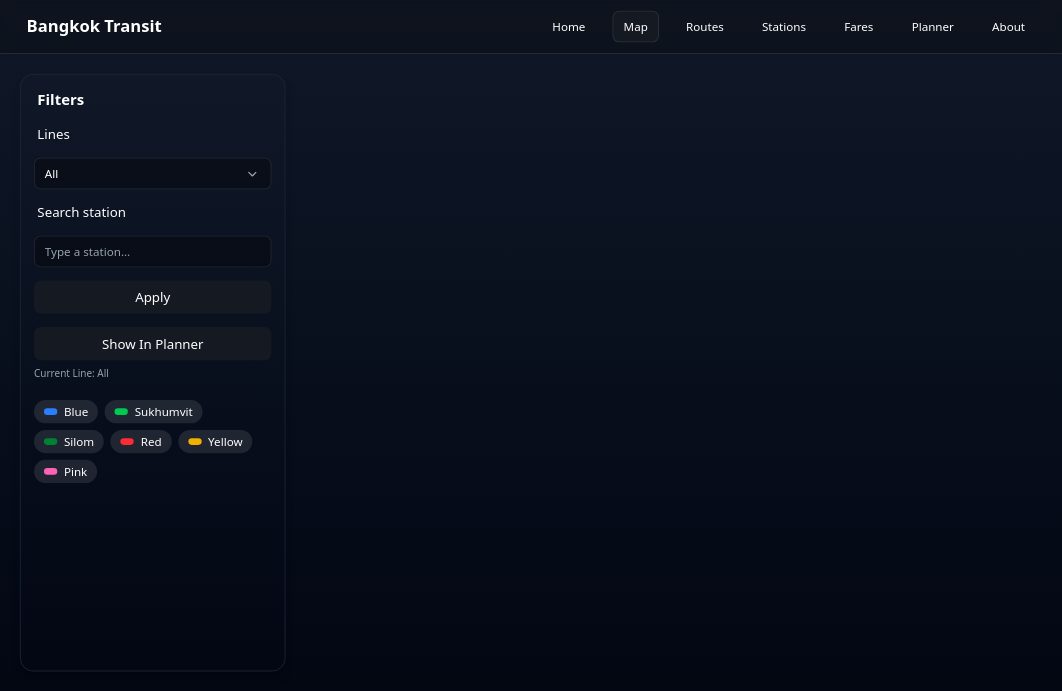
Repository: pyaestk/Bangkok-transit-map
Page: /map
These files come from the project's save history. The page is drawn as it stood at one moment and after the next save; the edit follows.
The browser window is 1280 px wide. The pictures show the whole page, at 83% of full size.
The project was rebuilt for these pictures with package versions that can differ from the ones it lists, and the page was loaded fresh each time. Also part of the build but not shown: vite.config.ts, src/pages/Home.tsx, src/pages/Planner.tsx, src/pages/Stations.tsx, src/pages/TrainRoutes.tsx, src/pages/Fares.tsx, src/pages/About.tsx.

Above is the page before, as saved 2025-10-04 13:40:36.

After the next save:
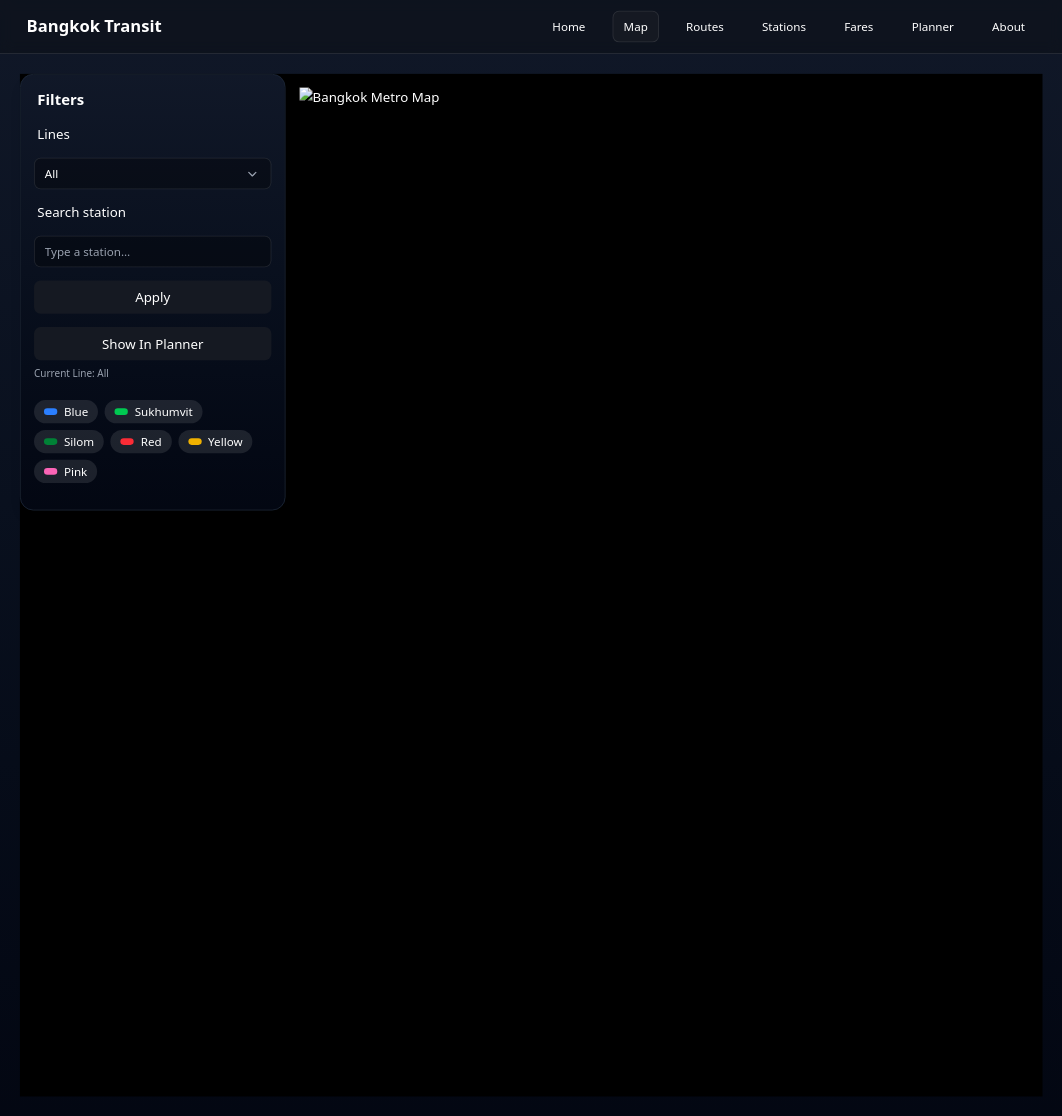
Saved 12 s later.
--- a/src/pages/Map.tsx
+++ b/src/pages/Map.tsx
@@ -1,10 +1,24 @@
-import FiltersCard from "../component/mappage/FiltersCard";
-import Image from "next/image";
+import FiltersCard from "../component/mappage/FiltersCard"
+import mapPng from "../component/mappage/182c1f33-917b-4835-b9b9-ce4716c86551.png"
 
 export default function Map() {
   return (
-    <div className="flex min-h-screen">
-      <FiltersCard/>
+    <div className="flex min-h-screen bg-black text-white">
+      {/* Sidebar - Filters */}
+      <div className="w-80 flex-shrink-0">
+        <FiltersCard />
+      </div>
+
+      {/* Main - Scrollable Map */}
+      <div className="flex-1 overflow-auto p-4">
+        <div className="min-w-[1200px] min-h-[1200px]">
+          <img
+            src={mapPng.src} // using the imported image path
+            alt="Bangkok Metro Map"
+            className="max-w-none"
+          />
+        </div>
+      </div>
     </div>
   )
 }
